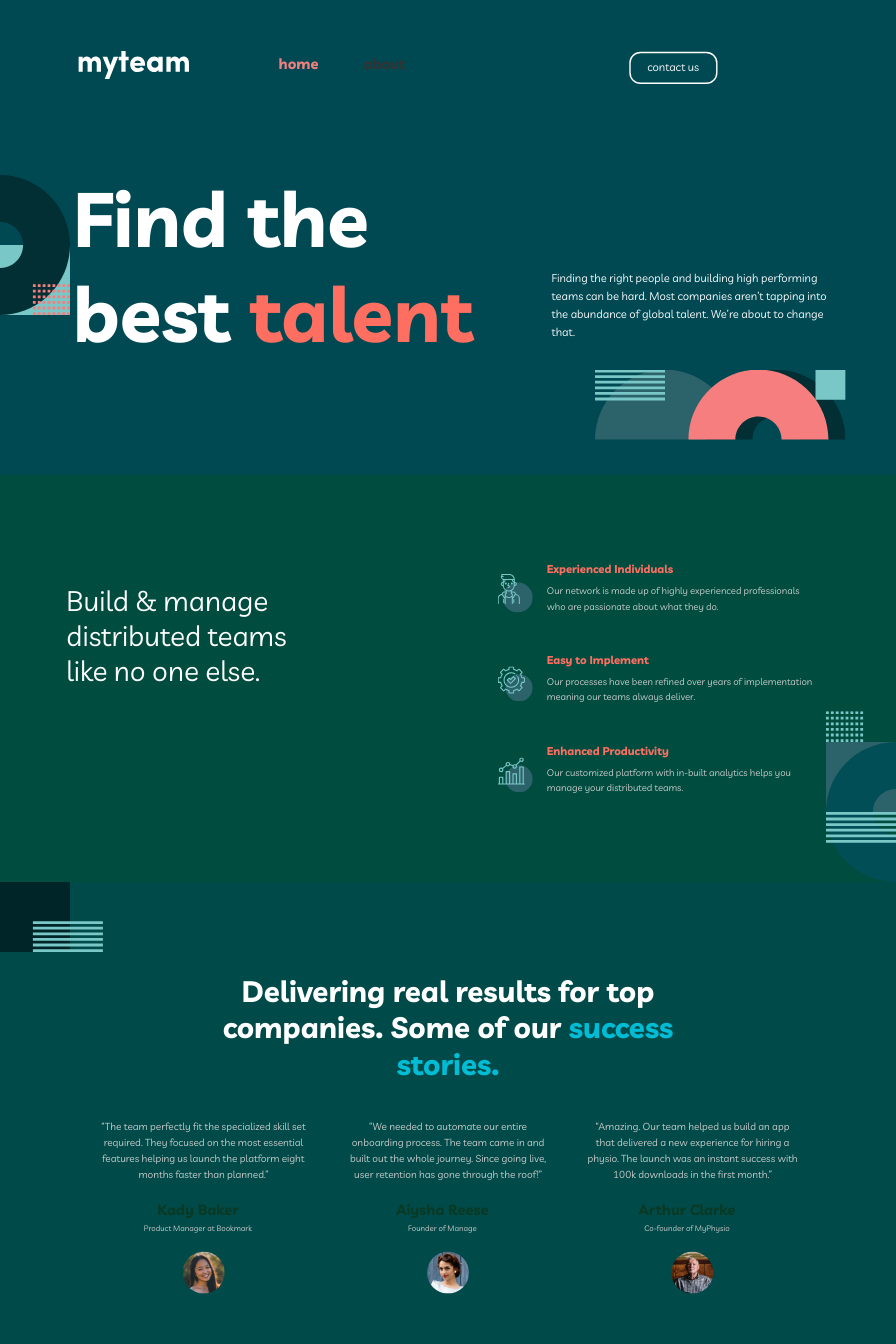
Repository: Gabriel221-dev/Project-page-main
Page: /
These files come from the project's save history. The page is drawn as it stood at one moment and after the next save; the edit follows.
The browser window is 1280 px wide. The pictures show the part of the page from y = 0 to 1920 px (the page is 2612 px tall), at 70% of full size.
The project was rebuilt for these pictures with package versions that can differ from the ones it lists, and the page was loaded fresh each time. Also part of the build but not shown: vite.config.js, src/pages/About.css, src/components/DirectorCard.css, src/components/DirectorCard.jsx, src/pages/About.jsx, src/pages/Contact.css, src/pages/Contact.jsx.

Above is the page before, as saved 2024-07-23 18:33:22.

### src/App.jsx
import { BrowserRouter as Router, Route, Routes } from "react-router-dom";
import Home from "./pages/Home";
import About from "./pages/About";
import Contact from "./pages/Contact";
import Header from "./components/Header";
import Footer from "./components/Footer";
import "./styles/global.css";

const App = () => {
  return (
    <Router>
      <Header />
      <main>
        <Routes>
          <Route path="/" element={<Home />} />
          <Route path="/about" element={<About />} />
          <Route path="/contact" element={<Contact />} />
        </Routes>
      </main>
      <Footer />
    </Router>
  );
};

export default App;

### src/components/Header.jsx
import { useState } from "react";
import { NavLink } from "react-router-dom";
import { FaBars } from "react-icons/fa";
import Sidebar from "./Sidebar";
import "./Header.css";
import { IconContext } from "react-icons";

const Header = () => {
  const [isSidebarToggled, setSidebarToggled] = useState(false);

  const handleToggle = () => {
    setSidebarToggled((prev) => !prev);
  };

  return (
    <>
      <IconContext.Provider value={{ color: "#fff" }}>
        <header className="header">
          <nav className="header__nav">
            <NavLink className="header__brand" to="/">
              <img
                className="header__logo"
                src="/Imagez/logo.svg"
                alt="Logo"
                loading="eager"
                width="160"
              />
            </NavLink>

            <ul className="header__navigation">
              <li className="header__link">
                <NavLink
                  className={({ isActive }) =>
                    isActive
                      ? "header__anchor header__anchor--active"
                      : "header__anchor"
                  }
                  to="/"
                >
                  home
                </NavLink>
              </li>
              <li className="header__link">
                <NavLink
                  className={({ isActive }) =>
                    isActive
                      ? "header__anchor header__anchor--active"
                      : "header__anchor"
                  }
                  to="/about"
                >
                  about
                </NavLink>
              </li>

              <NavLink className="header__btn" to="/contact">
                contact us
              </NavLink>
            </ul>

            <button
              className="header__menu"
              title="Toggle Menu"
              onClick={handleToggle}
            >
              <FaBars />
            </button>
          </nav>
          <Sidebar isOpen={isSidebarToggled} onToggle={handleToggle} />
        </header>
      </IconContext.Provider>
    </>
  );
};

export default Header;

### src/styles/global.css
@import url('https://fonts.googleapis.com/css2?family=Livvic:ital,wght@0,400;0,500;0,600;0,700;1,400;1,500;1,600;1,700&display=swap');/* Reset some default browser styles */
* {
    margin: 0;
    padding: 0;
    box-sizing: border-box;
  }

  body {
    font-family: "Livvic", sans-serif;
    line-height: 1.6;
    color: #333;
    background-color: #004953;
    margin: 0;
    padding: 0;
  }

  /* Headings */
  h1, h2, h3, h4, h5, h6 {
    margin-bottom: 1rem;
    line-height: 1.25;
  }

  h1 {
    font-size: 2.5rem;
  }

  h2 {
    font-size: 2rem;
  }

  h3 {
    font-size: 1.75rem;
  }

  h4 {
    font-size: 1.5rem;
  }

  h5 {
    font-size: 1.25rem;
  }

  h6 {
    font-size: 1rem;
  }

  /* Paragraphs */
  p {
    margin-bottom: 1rem;
  }

  /* Links */
  a {
    color: #007BFF;
    text-decoration: none;
  }

  a:hover {
    text-decoration: underline;
  }

  /* Images */
  img {
    max-width: 100%;
    height: auto;
  }

  /* Forms */
  input, textarea, button {
    font-family: inherit;
    font-size: inherit;
  }

  input, textarea {
    width: 100%;
    padding: 0.5rem;
    margin-bottom: 1rem;
    border: 1px solid #ccc;
    border-radius: 4px;
  }

  button {
    padding: 0.5rem 1rem;
    background-color: #007BFF;
    color: #fff;
    border: none;
    border-radius: 4px;
    cursor: pointer;
  }

  button:hover {
    background-color: #0056b3;
  }

  /* Utility Classes */
  .container {
    max-width: 1200px;
    margin: 0 auto;
    padding: 0 1rem;
  }

  .text-center {
    text-align: center;
  }

  .mt-1 {
    margin-top: 1rem;
  }

  .mb-1 {
    margin-bottom: 1rem;
  }

  .mt-2 {
    margin-top: 2rem;
  }

  .mb-2 {
    margin-bottom: 2rem;
  }

  .mt-3 {
    margin-top: 3rem;
  }

  .mb-3 {
    margin-bottom: 3rem;
  }

  .mt-4 {
    margin-top: 4rem;
  }

  .mb-4 {
    margin-bottom: 4rem;
  }

  .mt-5 {
    margin-top: 5rem;
  }

  .mb-5 {
    margin-bottom: 5rem;
  }

### src/components/ContactBanner.jsx
import { Link } from "react-router-dom";
import "./ContactBanner.css";

const ContactBanner = () => {
  return (
    <div className="banner">
      <div className="banner__content">
        <h1 className="banner__title">Ready to get started?</h1>
        <Link to="/contact" className="banner__btn">
          contact us
        </Link>
      </div>
    </div>
  );
};

export default ContactBanner;

### src/pages/Home.css
/* Variables */
:root {
    --midnight-green: #004d40;
    --light-coral: #ff6f61;
    --rapture-blue: #00bcd4;
    --deep-jungle-green: #002b22;
    --sacramento-state-green: #003b36;
  }

  /* Main styles */
  /* .home {
    padding: 10px;
  } */

  .find {

    display: flex;
    align-items: center;
    justify-content: center;
    padding: 50px 0;
    position: relative;
    background-image: url('/Imagez/bg-pattern-home-1.svg');
    background-repeat: no-repeat;
    background-position: left -100px top 56px;
  }

  @media only screen and (max-width: 768px) {
    .find {
      background-image: none;
    }
  }

  .find__content {
    display: flex;
    flex-direction: row;
    align-items: center;
    justify-content: center;
    text-align: left;
    color: white;
    background-image:url('/Imagez/bg-pattern-home-2.svg');
    background-repeat: no-repeat;
    background-position: right bottom ;
  }

  @media only screen and (max-width: 768px) {
    .find__content {
      flex-direction: column;
    }
  }

  .find__title {
    font-size: 6.8rem;
    margin-bottom: 4rem;
    padding-left: 2rem;
    padding-bottom: 3rem;
    flex: 1;
    max-width: 700px;
  }

  @media only screen and (max-width: 768px) {
    .find__title {
      text-align: center;
      margin: 0 auto;
      font-size: 2rem;
    }
  }

  .find__title--coral {
    color: var(--light-coral);
  }

  .find__description {
    font-size: 1rem;
    padding: 2rem 0.5rem;
    margin: 1rem 0.5rem;
    max-width: 420px;
    flex: 1;
  }

  @media only screen and (max-width: 768px) {
    .find__description {
      text-align: center;
      margin: 0 auto;
      font-size: 1rem;
    }
  }

  .build {
    background-color: #004d40;
    padding: 50px 0;
    display: flex;
    height: 100%;
    align-items: center;
    justify-content: center;
    position: relative;
    background-image: url('/Imagez/bg-pattern-home-3.svg');
    background-repeat: no-repeat;
    background-position: right -100px bottom;
  }

  @media only screen and (max-width: 768px) {
    .build {
      background-position: right -100px top;
      flex-direction: column;
    }
  }

  .build__content {
    display: flex;
    flex-direction: row;
    align-items: flex-start;
    justify-content: space-between;
    max-width: 1200px;
    width: 100%;
    margin-top: 1rem;
    padding: 1.8rem;
  }

  @media only screen and (max-width: 768px) {
    .build__content {
      flex-direction: column;
    }
  }

  .build__title {
    font-size: 2.5rem;
    font-weight: bold;
    color: #fff;
    margin: 10px -24px;
    flex: 1;
    max-width: 420px;
    padding: 50px;
    text-align: left;
    font-weight: 200;
  }

  @media only screen and (max-width: 768px) {
    .build__title {
      margin-bottom: 20px;
      text-align: left;
      padding: 1rem;
      width: 250px;
      font-size: 2rem;
      text-align: left;
      justify-content: flex-start;
    }
  }

  .build__items {
    font-size: 0.5rem;
    display: flex;
    flex-direction: column;
    flex: 1;
    margin: 10px 50px;
    max-width: 450px;
  }

  @media only screen and (max-width: 768px) {
    .build__items {
      max-width: 100%;
    }
  }

  .build__item {
    display: flex;
    align-items: center;
    margin: 20px 0;
    text-align: left;
  }

  @media only screen and (max-width: 768px){
    .build__item{
      flex-direction: column;
      align-items: center;
    }
  }

  .build__icon {
    width: 50px;
    margin-right: 20px;

  }

  @media only screen and (max-width: 768px) {
    .build__icon {
      margin-bottom: 10px; /* Space between icon and text */
    }
  }

  .build__text h3 {
    font-size: 1rem;
    color: #ff6f61;
    font-weight: bold;
    margin-bottom: 10px;
  }

  @media screen and (max-width:768px){
    .build__text h3{
      padding: 1rem;
      font-size: 1rem;
      text-align: center;

    }
  }

  .build__text p {
    font-size: 0.85rem;
    color: #ccc;
    margin-top: 0;
  }

  @media screen and (max-width:768px){
    .build__text p{
      padding-bottom: .5rem;
      font-size: .8rem;
      width: 340px;
      text-align: center;
    }
  }

  .delivering {
    background-color: #004b49;
    padding: 50px 0px;
    position: relative;
    background-image:url(/Imagez/bg-pattern-home-4-about-3.svg), url(/Imagez/bg-pattern-home-5.svg);
    background-repeat: no-repeat;
    background-position: left top, right bottom;
    width: auto;
  }

  .delivering__content {
    text-align: center;
    max-width: 1000px;
    margin: 0 auto;
    grid-column: center-start / center-end;
    grid-row: 2 / 3;
    display: grid;
    grid-template-rows: 140px repeat(2, auto) 140px;
  }

  @media only screen and (max-width: 768px) {
    .delivering__content {
      grid-template-rows: 100px repeat(2, auto) 100px;
    }
  }

  .delivering__title {
    font-size: 41.9px;
    font-weight: bold;
    color: #fff;
    text-align: center;
    max-width: 49.5rem;
    height: 170px;
    margin-left: auto;
    margin-right: auto;
    margin-top: 79px;
    /* background-color:greenyellow; */
  }

  @media only screen and (max-width: 768px) {
    .delivering__title {
      margin-top: 4.8rem;
      font-size: 1.9rem;
      display: block;
      max-width: 550px;
      margin-bottom: 60px;
      padding: 1.5rem;
    }
  }

  .delivering__title--rapture-blue {
    color: var(--rapture-blue);
  }

  .delivering__quotes {
    justify-content: center;
    grid-row: 3 / 4;
    display: grid;
    grid-template-columns: repeat(3, 1fr);
    column-gap: 3rem;
    margin-top: 2rem;
    height: 350px;
    max-width: 1000px;
    margin-top: 8rem;
  }

  @media only screen and (max-width: 768px) {
    .delivering__quotes {
      grid-template-columns: 1fr;
      grid-template-rows: repeat(3, min-content);
      column-gap: 0;
      row-gap: 2.5rem;
      padding: 2.5rem;
      margin-top: 6.8rem;
    }
  }

  .delivering__quote {
    text-align: center;
    display: flex;
    flex-direction: column;
    justify-content: space-between;
    height: 100%;
        margin-left: auto;
    margin-right: auto;
  }

  .delivering__quote p {
    font-size: .9rem;
    color: #ccc;
    display: -webkit-box;
    -webkit-box-orient: vertical;
    -webkit-line-clamp: 4;
    overflow: hidden;
    text-overflow: ellipsis;
    margin-top: 20px;
  }

  .delivering__quote h3 {
    font-size: 1.3rem;
    color: #083a26;
    margin:-8rem 2rem -3rem 1rem;
  }

  .delivering__quotes .name__tag {
    font-size: .7rem;
    margin:-5rem 1rem -2rem 0rem;
  }

  .delivering__quote img {
    width: 60px;
    height: 60px;
    border-radius: 50%;
    align-self: center;
    margin: -5rem 0rem 5rem 0rem ;
  }


  @media only screen and (max-width: 768px) {
    .delivering__quotes {
      grid-template-columns: 1fr;
      grid-template-rows: repeat(3, min-content);
      column-gap: 0;
      row-gap: 2.5rem;
      padding: 2.5rem;
      height: auto
    }

    .delivering__quote {
      height: auto; /* Adjust height for smaller screens */
    }

    .delivering__quote p {
      -webkit-line-clamp: 3; /* Limits the text to 3 lines on smaller screens */
    }

    .delivering__quote h3, p{
      margin: .5rem;
    }

    .delivering__quote .name__tag{
      margin: -4px;
    }

    .delivering__quote img{
      margin: 15px;
    }
  }

### src/components/Sidebar.jsx
import PropTypes from "prop-types";
import { useNavigate } from "react-router-dom";
import { AiOutlineClose } from "react-icons/ai";
import "./Sidebar.css";
import { IconContext } from "react-icons";

const Sidebar = ({ isOpen, onToggle }) => {
  const navigate = useNavigate();

  const handleNavigate = (path) => {
    navigate(path);
    onToggle();
  };

  return (
    <IconContext.Provider value={{ color: "#fff" }}>
      <div className={`sidebar ${isOpen ? "sidebar--open" : ""}`}>
        <div className="sidebar__overlay" onClick={onToggle}></div>
        <div className="sidebar__content">
          <div className="sidebar__header">
            <button
              className="sidebar__close"
              title="Close Menu"
              onClick={onToggle}
            >
              <AiOutlineClose />
            </button>
          </div>

          <ul className="sidebar__navigation">
            <li className="sidebar__link">
              <button
                className="sidebar__anchor"
                onClick={() => handleNavigate("/")}
              >
                home
              </button>
            </li>
            <li className="sidebar__link">
              <button
                className="sidebar__anchor"
                onClick={() => handleNavigate("/about")}
              >
                about
              </button>
            </li>
          </ul>

          <button
            className="sidebar__btn"
            onClick={() => handleNavigate("/contact")}
          >
            contact us
          </button>
        </div>
      </div>
    </IconContext.Provider>
  );
};

Sidebar.propTypes = {
  isOpen: PropTypes.bool.isRequired,
  onToggle: PropTypes.func.isRequired,
};

export default Sidebar;

### src/components/Header.css
.header {
    background-color: #004953;
    height: 194px;
    display: flex;
    justify-content: space-between;
    align-items: center;
    padding: 1rem 7rem;
  }

  @media only screen and (max-width: 850px) {
    .header {
      height: 150px;
      /* background-color:red; */
      align-items:left;
    }
  }

  @media only screen and (max-width: 576px) {
    .header {
      height: 128px;
    }
  }

  .header__nav {
    /* display: flex;
    align-items: center;
    gap: 8rem; */
    grid-column: center-start / center-end;
    display: grid;
    grid-template-columns: max-content 1fr max-content;
    align-items: center;
    column-gap: 8rem;

    @media only screen and (max-width: 768px) {
      column-gap: 4rem;
    }

    @media only screen and (max-width: 576px) {
        grid-template-columns: repeat(2, 1fr);
        column-gap: 0;
    }
  }

  .header__logo {
    max-width: 158px;

    @media only screen and (max-width: 768px) {
      margin-right: 14rem;
      margin-left: -5rem;
    }
  }

  .header__navigation {
    list-style: none;
    display: flex;
    margin: 0;
    padding: 0;
    text-decoration: none;

    @media only screen and (max-width: 820px) {
      display: none;
    }
  }

  .header__link {
    margin-right: 4rem;
    text-decoration: none;
  }

  /* .header:last-child {
    margin-right: 0;
  } */

  .header__anchor {
    font-size: 1.3rem;
    text-decoration: none;
    color: #333;
    font-weight: bold;
  }

  .header__anchor:hover{
    text-decoration: none;
  }

  .header__anchor--active {
    color: #f08080;
}

  .header__btn {
    background-color: transparent;
    border: 2px solid #fff;
    border-radius:16px;
    color: #fff;
    padding: 0.5rem 1.5rem;
    margin-left: 16rem;
    text-decoration: none;
    display: inline-block;
    cursor: pointer;
    justify-self: end;

    @media only screen and (max-width: 820px) {
      display: none;
    }
  }

  .header__btn:hover{
    background-color:white;
    color:#004953;
    text-decoration: none;
    border-radius:16px;
    transform: scale(1.05);
    transition: transform 0.6s ease-in-out, border-bottom 0.6s ease;
  }

  .header__menu {
    display: none;

    @media only screen and (max-width: 820px) {
      display: flex;
      width: 50px;
      height: 28px;
      padding: .1rem;
      border: 0;
      outline: 0;
    }
  }

  .header__menu:hover{
    background:none;
  }

### src/components/ContactBanner.css
.banner {
    background-color: #f08080;
    height: 200px;
    display: grid;
    column-gap: 3rem;
    align-items: center;
    align-content: center;
    background-image:url(/Imagez/bg-pattern-home-6-about-5.svg);
    background-repeat: no-repeat;
    background-position: left bottom;

    @media only screen and (max-width: 768px) {
      height: 302px;
    }
  }

  .banner__content {
    grid-column: 2 / 10;
    display: grid;
    grid-template-columns: repeat(12, 1fr);
    align-items: center;
    grid-column: center-start / center-end;
    column-gap: 3rem;

    @media only screen and (max-width: 768px) {
      grid-template-rows: repeat(2, min-content);
      grid-template-columns: 1fr;
      column-gap: 0;
      row-gap: 2.4rem;
      text-align: center;
    }
  }

  .banner__title {
    color: #1b4332;
    margin: 1rem;
    grid-column:1 / 7;


    @media only screen and (max-width: 768px) {
      grid-column: 2 / 9;
    }

    @media only screen and (max-width: 480px) {
      grid-column: 1 / 2;
    }
  }

  .banner__btn {
    grid-column: 10 / -1;
    background-color: green;
    color: #ffffff;
    margin: 1rem;
    border-radius: 1rem;
    padding-left: 3.5rem;


    @media only screen and (max-width: 768px) {
        grid-column: 9 / -1;
      margin: auto;
      padding: .5rem;
    }
  }

  /* New styles for mobile layout */
  @media only screen and (max-width: 480px) {
    .banner__content {
      grid-template-columns: auto; /* Remove explicit row heights */
      text-align: center; /* Center align content on smaller screens */
    }

    .banner__title {
      grid-column: 1 / -1; /* Span across all columns */
      margin-bottom: 1rem; /* Add space between title and button */
    }
  }

### src/components/Sidebar.css
.sidebar {
    display: none;
    width: 100%;
    height: 100%;
    position: fixed;
    top: 0;
    left: 0;
    z-index: 100;
    transition: all 0.3s ease;
  }

  .sidebar--open {
    display: grid;
    grid-template-columns: 1fr min-content;
  }

  .sidebar__overlay {
    grid-column: 1 / -1;
    grid-row: 1 / 2;
    background-color: rgba(0, 0, 0, 0.5);
    transition: background-color 0.3s ease;

  }

  .sidebar__content {
    grid-column: 2 / 3;
    grid-row: 1 / 2;
    background-color: #194c4c;
    width: 250px;
    display: grid;
    grid-template-rows: 128px repeat(2, min-content);
    grid-template-columns: 48px 1fr 25px;
    transition: width 0.3s ease;
    background-image: url(/Imagez/bg-pattern-about-1-mobile-nav-1.svg);
    background-repeat: no-repeat;
    background-position: right -100px bottom;
    transition: width .4s ease;

  }

  .sidebar__header {
    grid-column: 2 / 3;
    justify-self: end;
    align-self: center;
  }

  .sidebar__close {
    background-color:#194c4c ;
    width: 30px;
    border: 0;
    outline: 0;
  }

  .sidebar__close:hover{
    background-color:#194c4c;
  }

  .sidebar__navigation {
    grid-column: 2 / 3;
    list-style: none;
    margin: 0;
    padding: 0;
  }

  .sidebar__link {
    margin-bottom: 2.4rem;
  }

  .sidebar__anchor {
    font-size: 1.1rem;
    color: #fff;
    background: transparent;
    border: none;
    text-decoration: none;
    cursor: pointer;
  }

  .sidebar__anchor:hover{
    background:none;
  }

  .sidebar__btn {
    grid-column: 2 / 3;
    background-color: transparent;
    border: 1px solid #fff;
    color: #fff;
    padding: 0.5rem 1rem;
    text-decoration: none;
    display: inline-block;
    cursor: pointer;
    width: 159px;
  }

  .sidebar__btn:hover{
    background:white;
    color:#194c4c;
    transform: scale(1.05);
    transition: transform 0.3s ease-in-out, border-bottom 0.6s ease;
  }

  .sidebar--open .sidebar__overlay {
    background-color: rgba(0, 0, 0, 0.5);
  }

  .sidebar--open .sidebar__content {
    width: 250px;
  }

  @media (max-width: 768px) {
    .header__menu {
      display: grid;
      background-color: transparent;
      width: 24px;
      border: 0;
      outline: 0;
      justify-self: end;
      align-self: center;
      margin-left: auto;
    }
  }

Loaded but not shown: index.html (common file); src/main.jsx (common file); src/pages/Home.jsx (120 lines, source omitted); src/components/Footer.jsx (89 lines, source omitted); src/components/Footer.css (209 lines, source omitted)

After the next save:
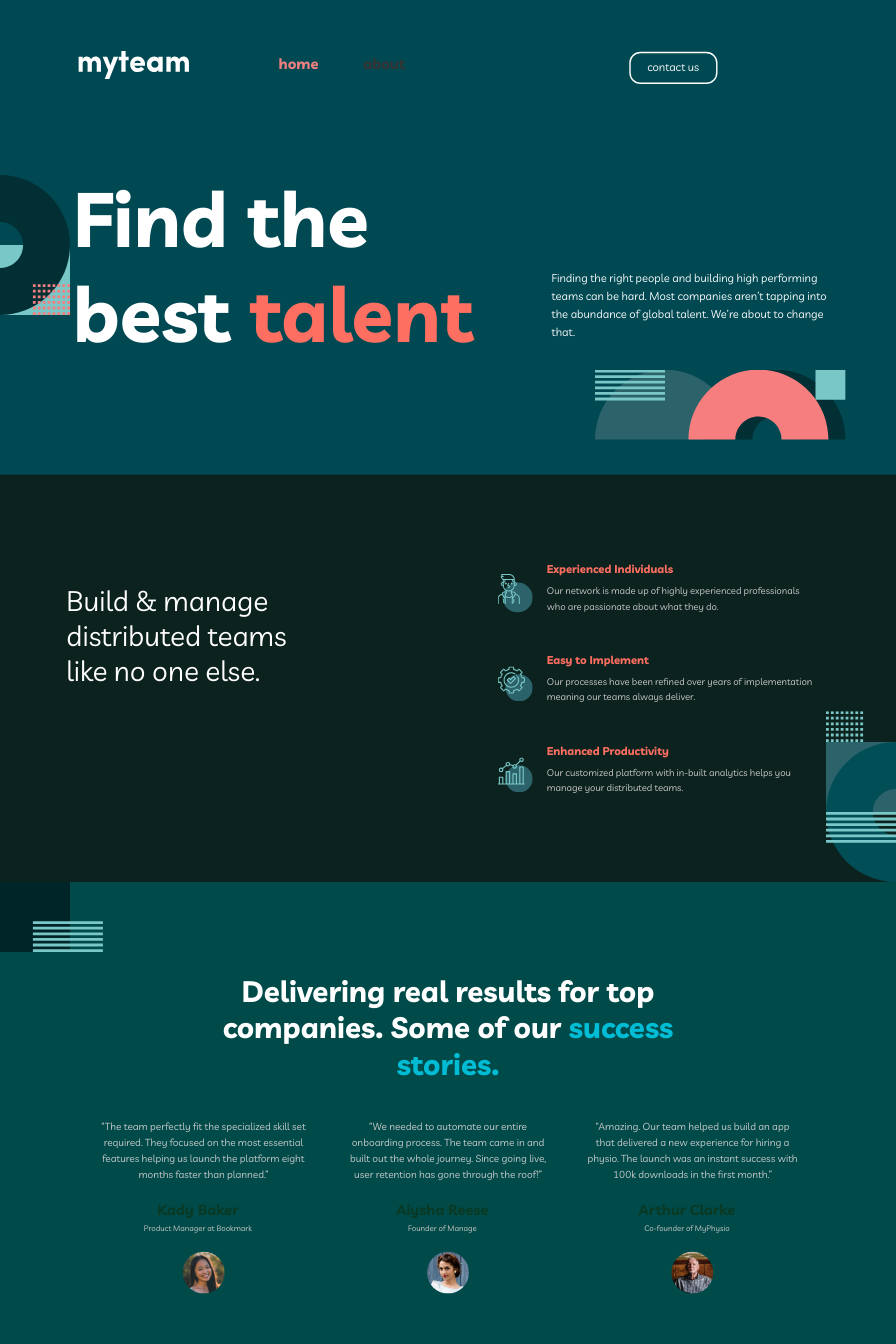
Saved 14 s later.
--- a/src/pages/Home.css
+++ b/src/pages/Home.css
@@ -86,7 +86,7 @@
   }
 
   .build {
-    background-color: #004d40;
+    background-color: #0c221f;
     padding: 50px 0;
     display: flex;
     height: 100%;
